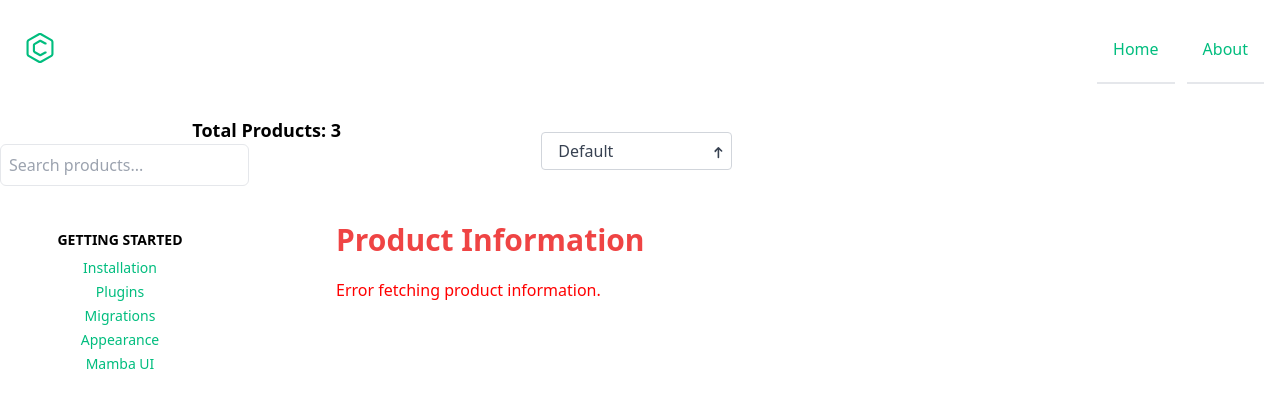
Repository: loktioncode/vectra-shop
Page: /
An editor plug-in stored every save of this project. The page is shown before and after the next save, followed by the edit.
The browser window is 1280 px wide. The pictures show the whole page.
The page's requests for data from a server got no answer. The project was rebuilt for these pictures with package versions that can differ from the ones it lists, and the page was loaded fresh each time. No one was signed in, and anything a server would have sent is missing. Also part of the build but not shown: vite.config.ts, src/components/ProductCard.vue. Imported but missing from the stored project, and not drawn on this page: src/components/Counter.vue.

Above is the page before, as saved 2023-09-20 16:19:08.

After the next save:
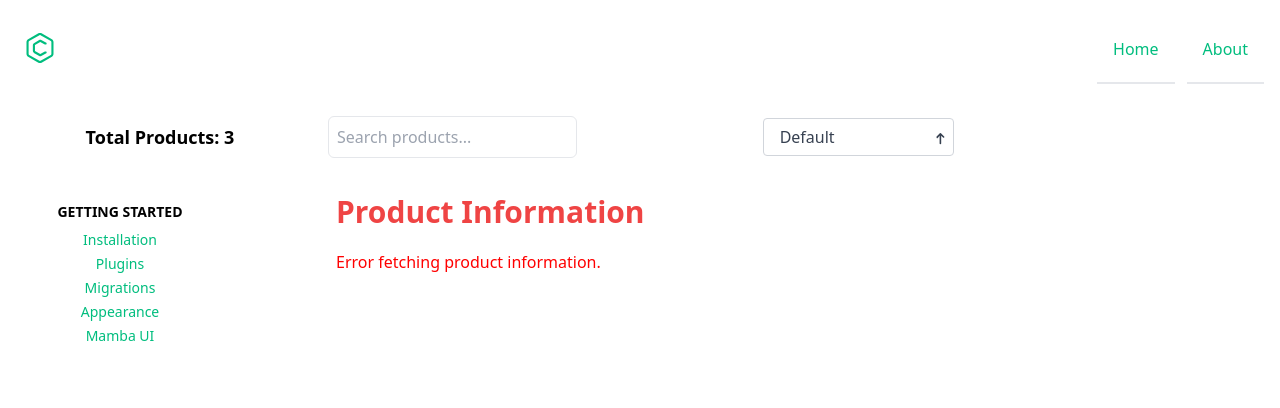
Saved 11 s later.
--- a/src/components/Filters.vue
+++ b/src/components/Filters.vue
@@ -1,42 +1,54 @@
 <template>
     <div class="flex flex-row items-center space-y-2 md:space-y-0 md:space-x-2 w-full py-5">
-        <div class="w-5/12">
+      <!-- Product Count Display -->
+      <div class="text-lg font-semibold mb-2 md:mb-0 w-3/12">
+        Total Products: {{ filteredProducts.length }}
+      </div>
 
-            <!-- Product Count Display -->
-            <div class="text-lg font-semibold mb-2 md:mb-0 w-full">
-                Total Products: {{ filteredProducts.length }}
-            </div>
+      <!-- Search Form -->
+      <div class="flex items-center  w-4/12 ">
+        <label for="search" class="sr-only">Search</label>
+        <input
+          v-model="searchTerm"
+          id="search"
+          type="text"
+          placeholder="Search products..."
+          class="w-full md:w-auto border p-2 rounded-md focus:outline-none focus:ring focus:border-blue-300"
+        />
+        <button
+          @click="clearSearch"
+          v-if="searchTerm"
+          class="text-red-500 hover:text-red-700 focus:outline-none"
+        >
+          Clear
+        </button>
+      </div>
 
-            <!-- Search Form -->
-            <div class="flex items-center w-full ">
-                <label for="search" class="sr-only">Search</label>
-                <input v-model="searchTerm" id="search" type="text" placeholder="Search products..."
-                    class="w-full md:w-auto border p-2 rounded-md focus:outline-none focus:ring focus:border-blue-300" />
-                <button @click="clearSearch" v-if="searchTerm" class="text-red-500 hover:text-red-700 focus:outline-none">
-                    Clear
-                </button>
-            </div>
+      <!-- Sort Dropdown -->
+      <div class="relative inline-block text-gray-700">
+        <select
+          v-model="selectedSortOption"
+          class="block appearance-none w-full md:w-auto bg-white border border-gray-300 hover:border-gray-400 px-4 py-2 pr-8 rounded leading-tight focus:outline-none focus:ring"
+        >
+          <option value="default">Default</option>
+          <option value="price-asc">Price (Low to High)</option>
+          <option value="price-desc">Price (High to Low)</option>
+          <!-- Add more sorting options as needed -->
+        </select>
+        <div class="pointer-events-none absolute inset-y-0 right-0 flex items-center px-2 text-gray-700">
+          <svg
+            class="fill-current h-4 w-4"
+            xmlns="http://www.w3.org/2000/svg"
+            viewBox="0 0 20 20"
+          >
+            <path
+              d="M8.293 11.293a1 1 0 001.414 0L12 8.414V18a1 1 0 102 0V8.414l2.293 2.293a1 1 0 101.414-1.414l-4-4a1 1 0 00-1.414 0l-4 4a1 1 0 000 1.414z"
+            />
+          </svg>
         </div>
-
-
-        <!-- Sort Dropdown -->
-        <div class="relative inline-block text-gray-700">
-            <select v-model="selectedSortOption"
-                class="block appearance-none w-full md:w-auto bg-white border border-gray-300 hover:border-gray-400 px-4 py-2 pr-8 rounded leading-tight focus:outline-none focus:ring">
-                <option value="default">Default</option>
-                <option value="price-asc">Price (Low to High)</option>
-                <option value="price-desc">Price (High to Low)</option>
-                <!-- Add more sorting options as needed -->
-            </select>
-            <div class="pointer-events-none absolute inset-y-0 right-0 flex items-center px-2 text-gray-700">
-                <svg class="fill-current h-4 w-4" xmlns="http://www.w3.org/2000/svg" viewBox="0 0 20 20">
-                    <path
-                        d="M8.293 11.293a1 1 0 001.414 0L12 8.414V18a1 1 0 102 0V8.414l2.293 2.293a1 1 0 101.414-1.414l-4-4a1 1 0 00-1.414 0l-4 4a1 1 0 000 1.414z" />
-                </svg>
-            </div>
-        </div>
+      </div>
     </div>
-</template>
+  </template>
 
 
 
